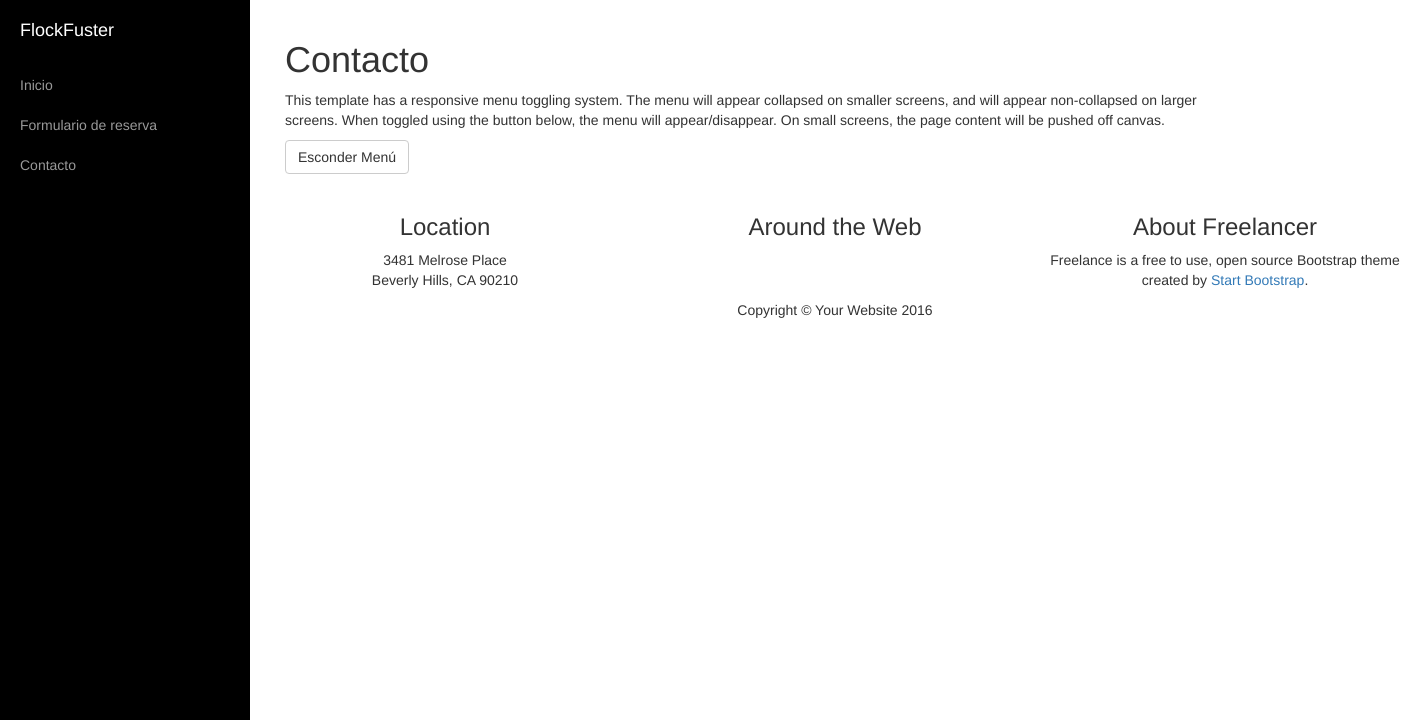
Repository: FranciscaGeorgue/Experiencia-3
Page: contacto.html
The author's editor kept a record of every edit. The page is drawn from the files as they stood at one moment, then again after the next edit.
The browser window is 1280 px wide. The page is 1420 px wide, so the pictures cover 1420 px, including what lies to the right of the window. The pictures show the whole page.

Above is the page before.

### contacto.html
<!DOCTYPE html>
<html lang="en">

<head>

    <meta charset="utf-8">
    <meta http-equiv="X-UA-Compatible" content="IE=edge">
    <meta name="viewport" content="width=device-width, shrink-to-fit=no, initial-scale=1">
    <meta name="description" content="">
    <meta name="author" content="">

    <title>FlockFuster</title>

    <!-- Bootstrap Core CSS -->
    <link href="css/bootstrap.min.css" rel="stylesheet">

    <!-- Custom CSS -->
    <link href="css/simple-sidebar.css" rel="stylesheet">

    <!-- HTML5 Shim and Respond.js IE8 support of HTML5 elements and media queries -->
    <!-- WARNING: Respond.js doesn't work if you view the page via file:// -->
    <!--[if lt IE 9]>
        <script src="https://oss.maxcdn.com/libs/html5shiv/3.7.0/html5shiv.js"></script>
        <script src="https://oss.maxcdn.com/libs/respond.js/1.4.2/respond.min.js"></script>
    <![endif]-->

</head>

<body>

    <div id="wrapper">

        <!-- Sidebar -->
        <div id="sidebar-wrapper">
            <ul class="sidebar-nav">
                <li class="sidebar-brand">
                    <a href="#">
                        FlockFuster
                    </a>
                </li>
                <li>
                    <a href="index.html">Inicio</a>
                </li>
                <li>
                    <a href="formulario.html">Formulario de reserva</a>
                </li>
                <li>
                    <a href="contacto.html">Contacto</a>
                </li>
            </ul>
        </div>
        <!-- /#sidebar-wrapper -->

        <!-- Page Content -->
        <div id="page-content-wrapper">
            <div class="container-fluid">
                <div class="row">
                    <div class="col-lg-12">
                        <h1>Contacto</h1>
                        <p>This template has a responsive menu toggling system. The menu will appear collapsed on smaller screens, and will appear non-collapsed on larger screens. When toggled using the button below, the menu will appear/disappear. On small screens, the page content will be pushed off canvas.</p>
                        <a href="#menu-toggle" class="btn btn-default" id="menu-toggle">Esconder Menú</a>
                    </div>
                </div>
            </div>
        </div>
        <!-- /#page-content-wrapper -->

        <!-- footer-->
        <footer class="text-center">
        <div class="footer-above">
            <div class="container">
                <div class="row">
                    <div class="footer-col col-md-4">
                        <h3>Location</h3>
                        <p>3481 Melrose Place
                            <br>Beverly Hills, CA 90210</p>
                    </div>
                    <div class="footer-col col-md-4">
                        <h3>Around the Web</h3>
                        <ul class="list-inline">
                            <li>
                                <a href="#" class="btn-social btn-outline"><i class="fa fa-fw fa-facebook"></i></a>
                            </li>
                            <li>
                                <a href="#" class="btn-social btn-outline"><i class="fa fa-fw fa-google-plus"></i></a>
                            </li>
                            <li>
                                <a href="#" class="btn-social btn-outline"><i class="fa fa-fw fa-twitter"></i></a>
                            </li>
                            <li>
                                <a href="#" class="btn-social btn-outline"><i class="fa fa-fw fa-linkedin"></i></a>
                            </li>
                            <li>
                                <a href="#" class="btn-social btn-outline"><i class="fa fa-fw fa-dribbble"></i></a>
                            </li>
                        </ul>
                    </div>
                    <div class="footer-col col-md-4">
                        <h3>About Freelancer</h3>
                        <p>Freelance is a free to use, open source Bootstrap theme created by <a href="http://startbootstrap.com">Start Bootstrap</a>.</p>
                    </div>
                </div>
            </div>
        </div>
        <div class="footer-below">
            <div class="container">
                <div class="row">
                    <div class="col-lg-12">
                        Copyright &copy; Your Website 2016
                    </div>
                </div>
            </div>
        </div>
    </footer>

    </div>
    <!-- /#wrapper -->

    <!-- jQuery -->
    <script src="js/jquery.js"></script>

    <!-- Bootstrap Core JavaScript -->
    <script src="js/bootstrap.min.js"></script>

    <!-- Menu Toggle Script -->
    <script>
    $("#menu-toggle").click(function(e) {
        e.preventDefault();
        $("#wrapper").toggleClass("toggled");
    });
    </script>

</body>

</html>

### css/simple-sidebar.css
/*!
 * Start Bootstrap - Simple Sidebar (http://startbootstrap.com/)
 * Copyright 2013-2016 Start Bootstrap
 * Licensed under MIT (https://github.com/BlackrockDigital/startbootstrap/blob/gh-pages/LICENSE)
 */

 body {
    overflow-x: hidden;
 }

/* Toggle Styles */

#wrapper {
    padding-left: 0;
    -webkit-transition: all 0.5s ease;
    -moz-transition: all 0.5s ease;
    -o-transition: all 0.5s ease;
    transition: all 0.5s ease;
}

#wrapper.toggled {
    padding-left: 250px;
}

#sidebar-wrapper {
    z-index: 1000;
    position: fixed;
    left: 250px;
    width: 0;
    height: 100%;
    margin-left: -250px;
    overflow-y: auto;
    background: #000;
    -webkit-transition: all 0.5s ease;
    -moz-transition: all 0.5s ease;
    -o-transition: all 0.5s ease;
    transition: all 0.5s ease;
}

#wrapper.toggled #sidebar-wrapper {
    width: 250px;
}

#page-content-wrapper {
    width: 100%;
    position: absolute;
    padding: 15px;
}

#wrapper.toggled #page-content-wrapper {
    position: absolute;
    margin-right: -250px;
}

/* Sidebar Styles */

.sidebar-nav {
    position: absolute;
    top: 0;
    width: 250px;
    margin: 0;
    padding: 0;
    list-style: none;
}

.sidebar-nav li {
    text-indent: 20px;
    line-height: 40px;
}

.sidebar-nav li a {
    display: block;
    text-decoration: none;
    color: #999999;
}

.sidebar-nav li a:hover {
    text-decoration: none;
    color: #fff;
    background: rgba(255,255,255,0.2);
}

.sidebar-nav li a:active,
.sidebar-nav li a:focus {
    text-decoration: none;
}

.sidebar-nav > .sidebar-brand {
    height: 65px;
    font-size: 18px;
    line-height: 60px;
}

.sidebar-nav > .sidebar-brand a {
    color: #999999;
}

.sidebar-nav > .sidebar-brand a:hover {
    color: #fff;
    background: none;
}

@media(min-width:768px) {
    #wrapper {
        padding-left: 250px;
    }

    #wrapper.toggled {
        padding-left: 0;
    }

    #sidebar-wrapper {
        width: 250px;
    }

    #wrapper.toggled #sidebar-wrapper {
        width: 0;
    }

    #page-content-wrapper {
        padding: 20px;
        position: relative;
    }

    #wrapper.toggled #page-content-wrapper {
        position: relative;
        margin-right: 0;
    }
}

Loaded but not shown: css/bootstrap.min.css (library); js/jquery.js (library); js/bootstrap.min.js (library)

After the next edit:
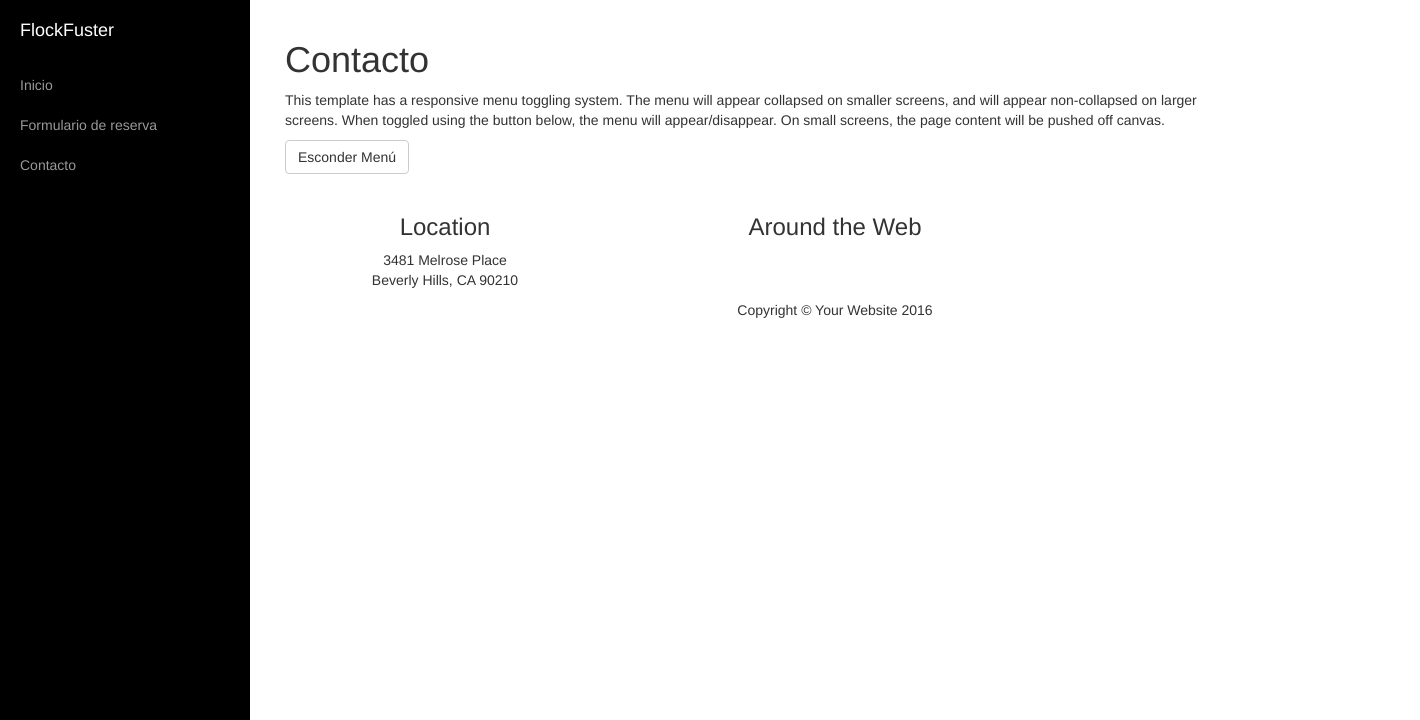
The edit:
--- a/contacto.html
+++ b/contacto.html
@@ -95,10 +95,6 @@
                             </li>
                         </ul>
                     </div>
-                    <div class="footer-col col-md-4">
-                        <h3>About Freelancer</h3>
-                        <p>Freelance is a free to use, open source Bootstrap theme created by <a href="http://startbootstrap.com">Start Bootstrap</a>.</p>
-                    </div>
                 </div>
             </div>
         </div>
